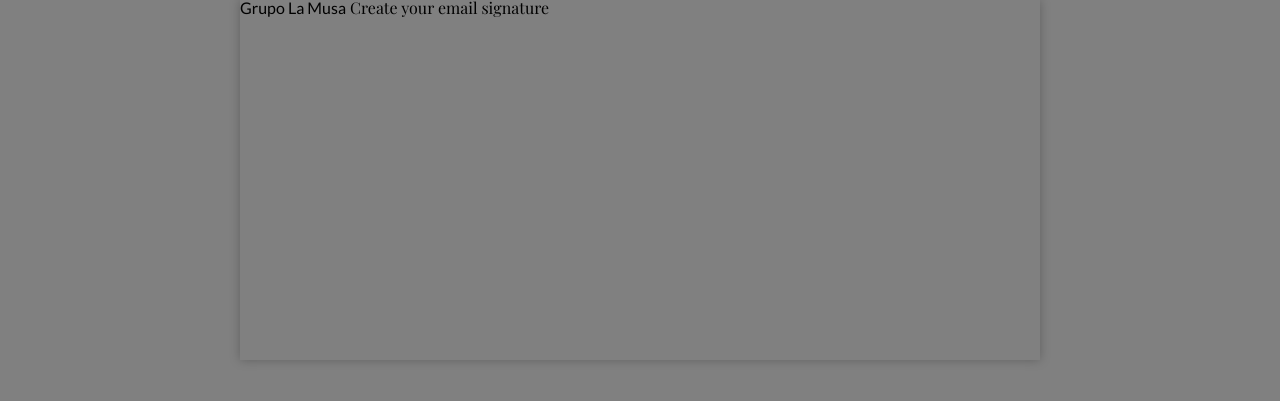
Repository: beltranrengifo/signature-planta
Page: /
These files come from the project's save history. The page is drawn as it stood at one moment and after the next save; the edit follows.
The browser window is 1280 px wide. The pictures show the whole page.
The project was rebuilt for these pictures with package versions that can differ from the ones it lists, and the page was loaded fresh each time. Also part of the build but not shown: vue.config.js.

Above is the page before, as saved 2019-08-30 16:33:04.

### public/index.html
<!DOCTYPE html>
<html lang="en">
  <head>
    <meta charset="utf-8">
    <meta http-equiv="X-UA-Compatible" content="IE=edge">
    <meta name="viewport" content="width=device-width,initial-scale=1.0">
    <link rel="icon" href="<%= BASE_URL %>favicon.ico">
    <title>signature-generator</title>
  </head>
  <body>
    <noscript>
      <strong>We're sorry but signature-generator doesn't work properly without JavaScript enabled. Please enable it to continue.</strong>
    </noscript>
    <div id="app"></div>
    <!-- built files will be auto injected -->
  </body>
</html>

### src/main.js
import Vue from 'vue'
import App from './App.vue'
import './assets/scss/main.scss'
import 'reset-css'

Vue.config.productionTip = false

new Vue({
  render: h => h(App)
}).$mount('#app')

### src/App.vue
<template>
  <div id="app">
    <div class="app-container">
      <app-title
        :title="title"
        :subtitle="subtitle" />
      <signature-generator />
    </div>
  </div>
</template>

<script>
import SignatureGenerator from '@/components/SignatureGenerator.vue'
import AppTitle from '@/components/AppTitle.vue'

export default {
  name: 'app',
  components: {
    SignatureGenerator,
    AppTitle
  },
  data () {
    return {
      title: 'Create your email signature',
      subtitle: 'Grupo La Musa'
    }
  }
}
</script>

<style lang="scss" scoped>
  #app {
    background: grey;
    min-height: 100vh;
  }
  .app-container {
    min-height: 50vh;
    width: 800px;
    max-width: 100%;
    margin: 0 auto;
    box-shadow: 0px 0px 10px 0px rgba(0,0,0,0.25);
  }
</style>

### src/assets/scss/main.scss
@import url('https://fonts.googleapis.com/css?family=Lato:300,400,700|Playfair+Display:400,700&display=swap');
@import 'variables.scss';
@import 'base.scss';

### src/assets/scss/_variables.scss
$--font-serif: 'Playfair Display', serif;
$--font-sans: 'Lato', sans-serif;

$--color-white: white;

### src/components/SignatureGenerator.vue
<template>
  <div class="container">
  </div>
</template>

<script>
export default {
  name: 'SignatureGenerator'
}
</script>

<style lang="scss" scoped>

</style>

### src/components/AppTitle.vue
<template>
  <div class="app-title">
    <h1 class="app-title__title">
      <small class="app-title__subtitle">{{ subtitle }}</small>
      {{ title }}
    </h1>
  </div>
</template>

<script>
export default {
  name: 'AppTitle',
  props: {
    title: {
      type: String,
      required: true
    },
    subtitle: {
      type: String
    }
  }
}
</script>

<style lang="scss" scoped>
  .app-title {
    &__title {
      font-family: $--font-serif;
    }
    &__subtitle {
      font-family: $--font-sans;
    }
  }
</style>

### src/assets/scss/_base.scss
body {
  font-family: $--font-sans;
  font-size: 16px;
  -webkit-font-smoothing: antialiased;
  -moz-osx-font-smoothing: grayscale;
}

After the next save:
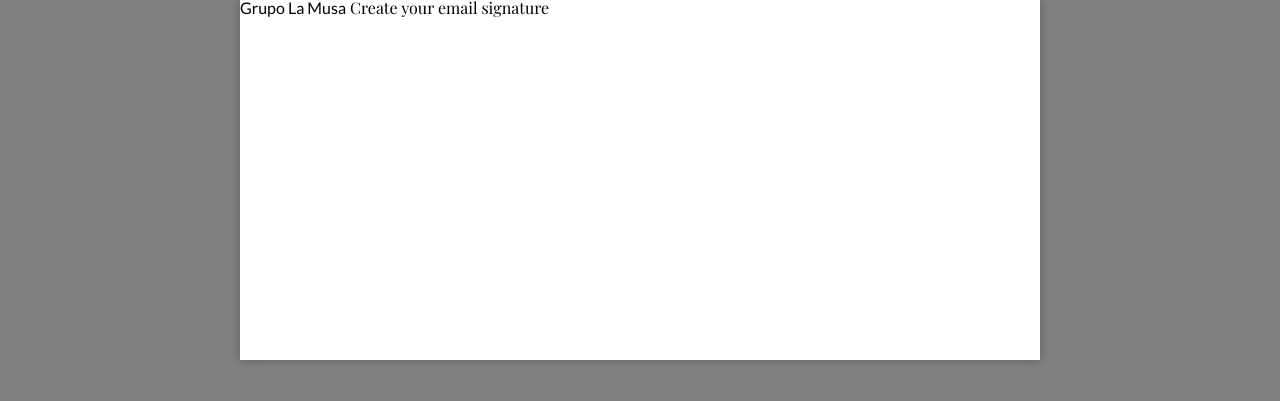
Saved 1 s later.
--- a/src/App.vue
+++ b/src/App.vue
@@ -39,5 +39,6 @@
     max-width: 100%;
     margin: 0 auto;
     box-shadow: 0px 0px 10px 0px rgba(0,0,0,0.25);
+    background: $--color-white;
   }
 </style>
